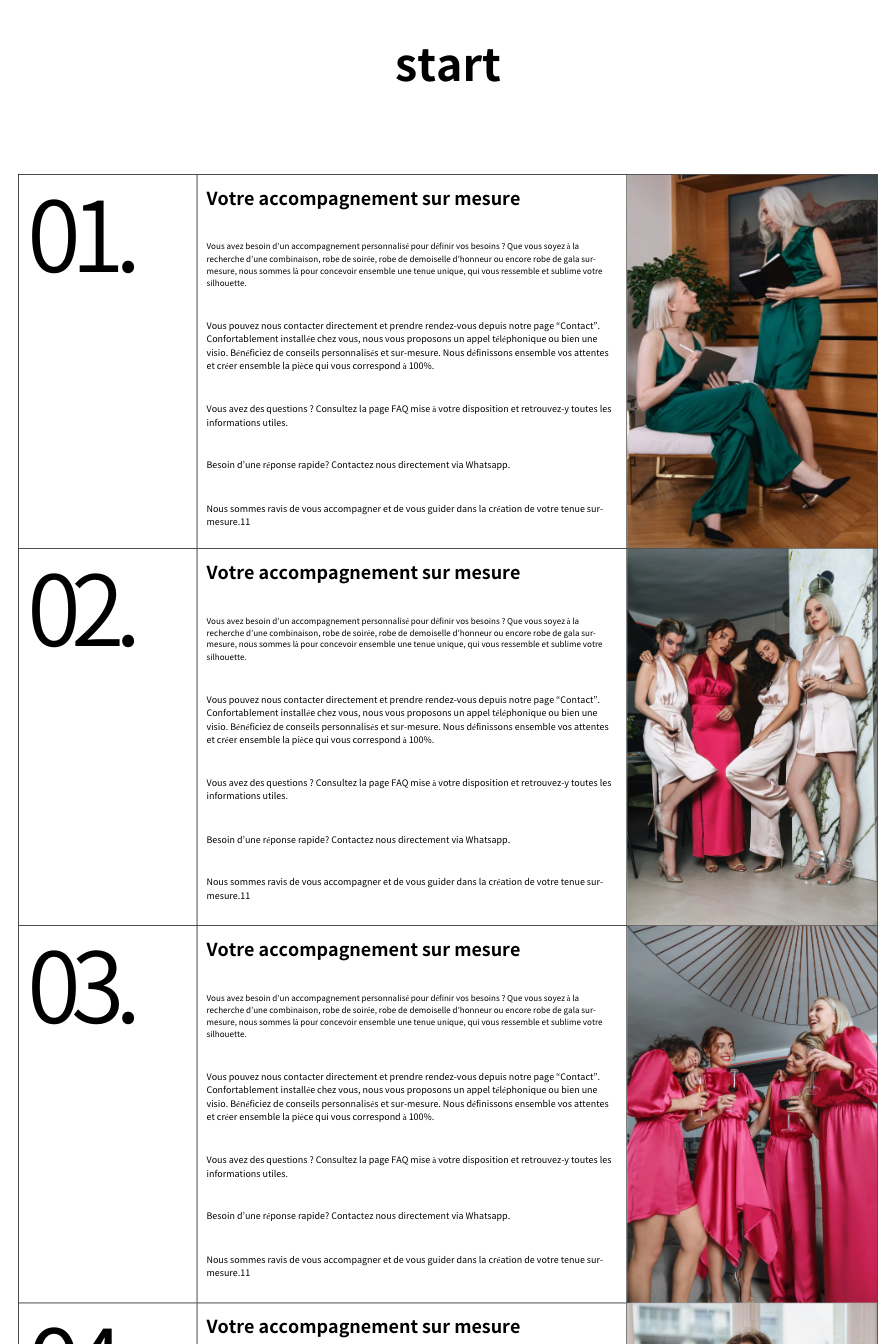
Repository: lwygold/motion
Page: layout/위로 하나씩 붙는 그리드.html
These files come from the project's save history. The page is drawn as it stood at one moment and after the next save; the edit follows.
The browser window is 1280 px wide. The pictures show the part of the page from y = 727 to 2647 px (the page is 4447 px tall before and 4413 px after), at 70% of full size.

Above is the page before, as saved 2023-03-28 10:10:48.
Console error: SyntaxError: Unexpected token 'const'

After the next save:
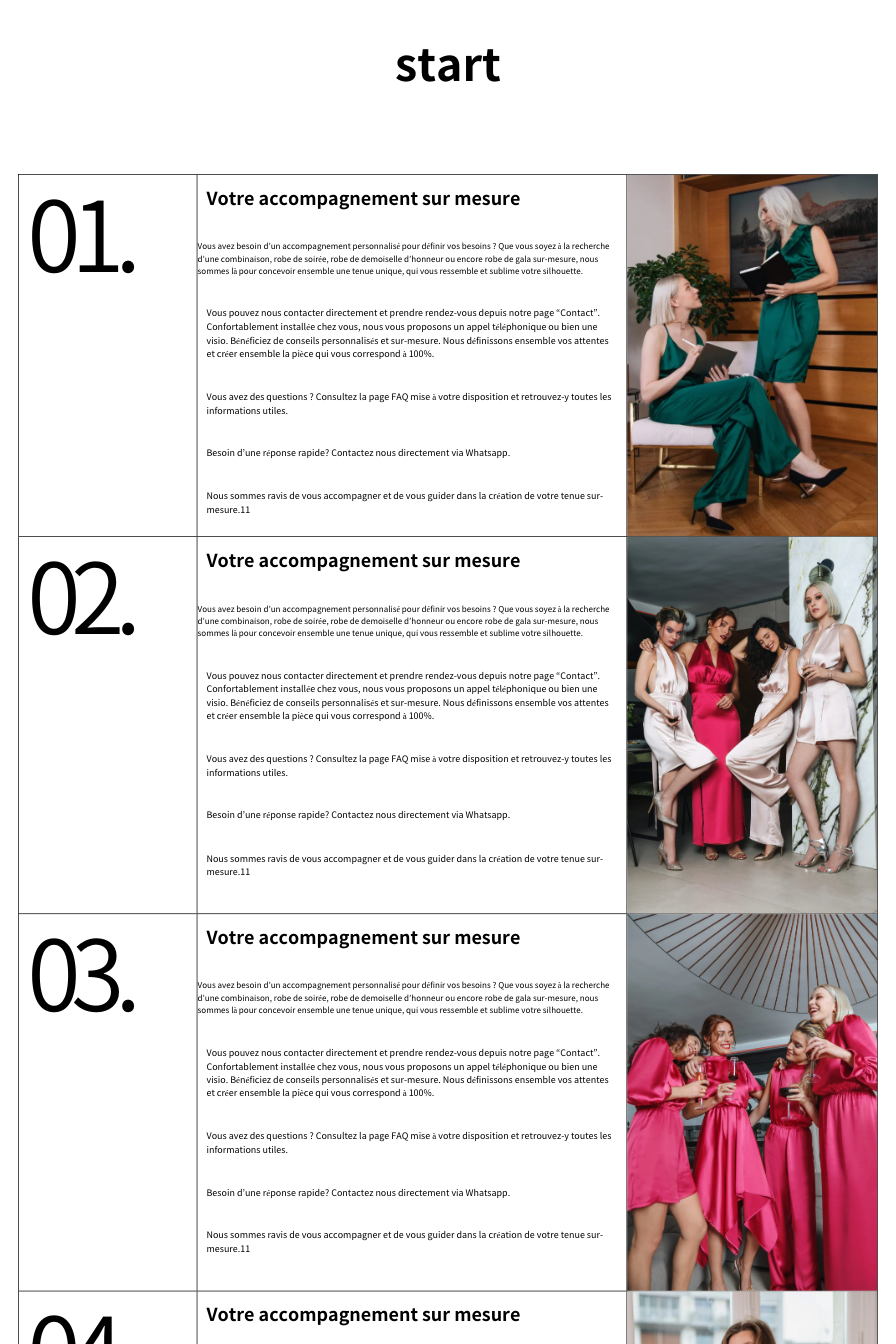
Saved 8 s later.
--- a/layout/위로 하나씩 붙는 그리드.html
+++ b/layout/위로 하나씩 붙는 그리드.html
@@ -108,7 +108,7 @@
         color: #000;
         margin-bottom: 1.3vw;
         line-height: 1.5;
-        padding: 1vw;
+        padding: 1vw 0;
     }
 
     .grid__li1>div:nth-child(2)>div>p {
